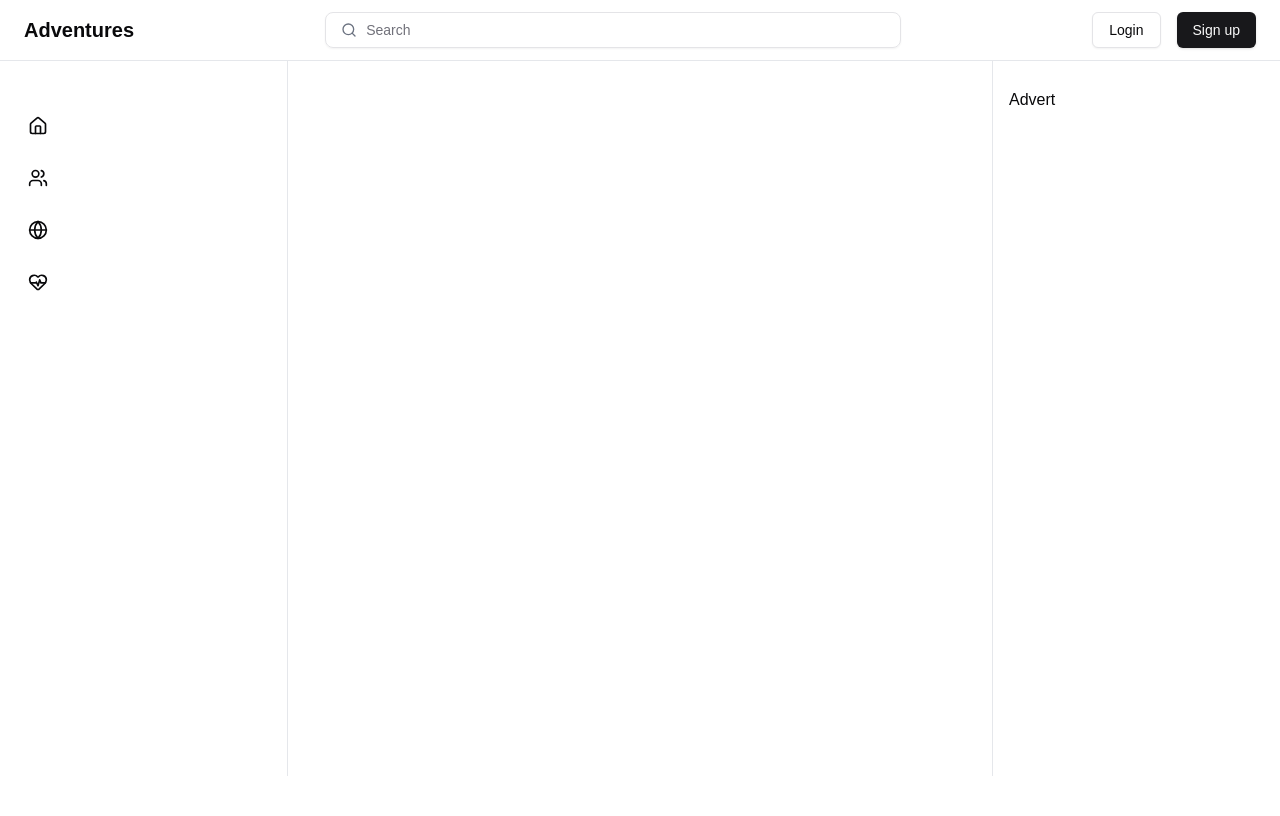
Repository: IssaMuiz/afrixpace-frontend
Page: /
The author's editor kept a copy of each file at every save. The page is drawn from the files as they stood at one save, then again after the next save.
The browser window is 1280 px wide. The pictures show the whole page.
The page's requests for data from a server got no answer. The project was rebuilt for these pictures with package versions that can differ from the ones it lists, and the page was loaded fresh each time. The framework's server and built-in components were replaced by stand-ins that run in the browser. No one was signed in, and anything a server would have sent is missing. Also part of the build but not shown: next.config.ts, components/ui/card.tsx, components/Vote.tsx, components/PostCard.tsx.

Above is the page before, as saved 2025-02-04 17:48:24.

### app/layout.tsx
import type { Metadata } from "next";
import { Geist, Geist_Mono } from "next/font/google";
import "./globals.css";
import Navbar from "@/components/Navbar";
import Sidebar from "@/components/Sidebar";
import AdvertBar from "@/components/Advertbar";

const geistSans = Geist({
  variable: "--font-geist-sans",
  subsets: ["latin"],
});

const geistMono = Geist_Mono({
  variable: "--font-geist-mono",
  subsets: ["latin"],
});

export const metadata: Metadata = {
  title: "Adventurer app",
  description: "Share your adventure experience here",
};

export default function RootLayout({
  children,
}: Readonly<{
  children: React.ReactNode;
}>) {
  return (
    <html lang="en">
      <body
        className={`${geistSans.variable} ${geistMono.variable} min-h-screen antialiased`}
      >
        <Navbar />
        <div className="grid grid-rows-1 lg:grid-rows-[1fr_250px] xl:grid-rows-[250px_1fr_300px] gap-6 h-screen p-4">
          <Sidebar />

          <main className=" lg:mr-[290px]  xl:mx-[300px]">{children}</main>
          <AdvertBar />
        </div>
      </body>
    </html>
  );
}

### app/page.tsx
import Feed from "@/components/Feed";

const HomePage = () => {
  return (
    <div className="h-screen ">
      <Feed />
    </div>
  );
};

export default HomePage;

### components/Navbar.tsx
"use client";
import { Button } from "./ui/button";
import { Input } from "./ui/input";
import { Search } from "lucide-react";

const Navbar = () => {
  return (
    <nav className="border-b bg-white z-20 fixed left-0 right-0 top-0 border-gray-200 px-6 py-3 flex justify-between items-center">
      <h1 className="text-xl font-semibold">Adventures</h1>

      <div className="relative max-w-xl flex-1 mx-6">
        <Search className=" h-4 absolute left-3 top-1/2 transform -translate-y-1/2 text-gray-500" />
        <Input
          type="text"
          placeholder="Search"
          className="pl-10 w-full border rounded-lg"
        />
      </div>

      <div className=" flex gap-4">
        <Button variant="outline" className="hover:bg-gray-100">
          Login
        </Button>
        <Button className="hover:bg-white hover:text-black ">Sign up</Button>
      </div>
    </nav>
  );
};

export default Navbar;

### components/Sidebar.tsx
"use client";

import Link from "next/link";
import { usePathname } from "next/navigation";
import { categories } from "@/constant";
import { cn } from "@/lib/utils";

const Sidebar = () => {
  const pathname = usePathname();
  return (
    <aside className="fixed hidden xl:block top-14 left-0 bottom-0 w-72 border-r border-gray-200 h-screen dark:bg-gray-900 px-4 pt-12">
      <ul className="space-y-2">
        {categories.map((cat) => (
          <li key={cat.name}>
            <Link
              href={`/${cat.path}`}
              className={cn(
                "flex items-center gap-3 p-3 rounded-md hover:bg-gray-200 dark:hover:bg-gray-800 transition",
                pathname === `/${cat.path}` &&
                  "bg-gray-300 dark:bg-gray-700 font-semibold"
              )}
            >
              <cat.icon className="w-5 h-5" />
            </Link>
          </li>
        ))}
      </ul>
    </aside>
  );
};

export default Sidebar;

### components/Advertbar.tsx
const AdvertBar = () => {
  return (
    <aside className="hidden lg:block fixed right-0 top-14 bottom-0 w-72 border-l border-gray-200 h-full bg-white pt-8 px-4">
      Advert
    </aside>
  );
};

export default AdvertBar;

### components/Feed.tsx
"use client";

import { useEffect, useState } from "react";
import PostCard from "./PostCard";

interface Post {
  id: string;
  title: string;
  content: string;
  votes: number;
  mediaUrl?: string;
  mediaType: "image" | "video";
}

const Feed = () => {
  const [posts, setPosts] = useState<Post[]>([]);

  useEffect(() => {
    async function fetchPost() {
      const res = await fetch("/api/posts");
      const data = await res.json();
      setPosts(data);
    }
    fetchPost();
  }, []);
  return (
    <section className="space-y-6 mt-20">
      {posts.map((post) => (
        <PostCard key={post.id} post={post} />
      ))}
    </section>
  );
};

export default Feed;

### components/ui/button.tsx
import * as React from "react"
import { Slot } from "@radix-ui/react-slot"
import { cva, type VariantProps } from "class-variance-authority"

import { cn } from "@/lib/utils"

const buttonVariants = cva(
  "inline-flex items-center justify-center gap-2 whitespace-nowrap rounded-md text-sm font-medium transition-colors focus-visible:outline-none focus-visible:ring-1 focus-visible:ring-ring disabled:pointer-events-none disabled:opacity-50 [&_svg]:pointer-events-none [&_svg]:size-4 [&_svg]:shrink-0",
  {
    variants: {
      variant: {
        default:
          "bg-primary text-primary-foreground shadow hover:bg-primary/90",
        destructive:
          "bg-destructive text-destructive-foreground shadow-sm hover:bg-destructive/90",
        outline:
          "border border-input bg-background shadow-sm hover:bg-accent hover:text-accent-foreground",
        secondary:
          "bg-secondary text-secondary-foreground shadow-sm hover:bg-secondary/80",
        ghost: "hover:bg-accent hover:text-accent-foreground",
        link: "text-primary underline-offset-4 hover:underline",
      },
      size: {
        default: "h-9 px-4 py-2",
        sm: "h-8 rounded-md px-3 text-xs",
        lg: "h-10 rounded-md px-8",
        icon: "h-9 w-9",
      },
    },
    defaultVariants: {
      variant: "default",
      size: "default",
    },
  }
)

export interface ButtonProps
  extends React.ButtonHTMLAttributes<HTMLButtonElement>,
    VariantProps<typeof buttonVariants> {
  asChild?: boolean
}

const Button = React.forwardRef<HTMLButtonElement, ButtonProps>(
  ({ className, variant, size, asChild = false, ...props }, ref) => {
    const Comp = asChild ? Slot : "button"
    return (
      <Comp
        className={cn(buttonVariants({ variant, size, className }))}
        ref={ref}
        {...props}
      />
    )
  }
)
Button.displayName = "Button"

export { Button, buttonVariants }

### components/ui/input.tsx
import * as React from "react"

import { cn } from "@/lib/utils"

const Input = React.forwardRef<HTMLInputElement, React.ComponentProps<"input">>(
  ({ className, type, ...props }, ref) => {
    return (
      <input
        type={type}
        className={cn(
          "flex h-9 w-full rounded-md border border-input bg-transparent px-3 py-1 text-base shadow-sm transition-colors file:border-0 file:bg-transparent file:text-sm file:font-medium file:text-foreground placeholder:text-muted-foreground focus-visible:outline-none focus-visible:ring-1 focus-visible:ring-ring disabled:cursor-not-allowed disabled:opacity-50 md:text-sm",
          className
        )}
        ref={ref}
        {...props}
      />
    )
  }
)
Input.displayName = "Input"

export { Input }

### constant.ts
import { Home, Users, Globe, HeartPulseIcon } from "lucide-react";

export const categories = [
  {
    name: "Home",
    icon: Home,
    path: "/",
  },
  {
    name: "Politics",
    icon: Users,
    path: "explore/politics",
  },
  {
    name: "Technology",
    icon: Globe,
    path: "explore/technology",
  },
  {
    name: "Health",
    icon: HeartPulseIcon,
    path: "explore/health",
  },
];

### lib/utils.ts
/* eslint-disable @typescript-eslint/no-explicit-any */
import { clsx } from "clsx";
import { twMerge } from "tailwind-merge";

export function cn(...inputs: any[]) {
  return twMerge(clsx(inputs));
}

### tailwind.config.ts
import type { Config } from "tailwindcss";
import tailwindAnimate from "tailwindcss-animate";

export default {
  darkMode: ["class"],
  content: [
    "./pages/**/*.{js,ts,jsx,tsx,mdx}",
    "./components/**/*.{js,ts,jsx,tsx,mdx}",
    "./app/**/*.{js,ts,jsx,tsx,mdx}",
  ],
  theme: {
    extend: {
      colors: {
        background: "hsl(var(--background))",
        foreground: "hsl(var(--foreground))",
        card: {
          DEFAULT: "hsl(var(--card))",
          foreground: "hsl(var(--card-foreground))",
        },
        popover: {
          DEFAULT: "hsl(var(--popover))",
          foreground: "hsl(var(--popover-foreground))",
        },
        primary: {
          DEFAULT: "hsl(var(--primary))",
          foreground: "hsl(var(--primary-foreground))",
        },
        secondary: {
          DEFAULT: "hsl(var(--secondary))",
          foreground: "hsl(var(--secondary-foreground))",
        },
        muted: {
          DEFAULT: "hsl(var(--muted))",
          foreground: "hsl(var(--muted-foreground))",
        },
        accent: {
          DEFAULT: "hsl(var(--accent))",
          foreground: "hsl(var(--accent-foreground))",
        },
        destructive: {
          DEFAULT: "hsl(var(--destructive))",
          foreground: "hsl(var(--destructive-foreground))",
        },
        border: "hsl(var(--border))",
        input: "hsl(var(--input))",
        ring: "hsl(var(--ring))",
        chart: {
          "1": "hsl(var(--chart-1))",
          "2": "hsl(var(--chart-2))",
          "3": "hsl(var(--chart-3))",
          "4": "hsl(var(--chart-4))",
          "5": "hsl(var(--chart-5))",
        },
      },
      borderRadius: {
        lg: "var(--radius)",
        md: "calc(var(--radius) - 2px)",
        sm: "calc(var(--radius) - 4px)",
      },
    },
  },

  plugins: [tailwindAnimate],
} satisfies Config;

Loaded but not shown: app/globals.css (common file)

After the next save:
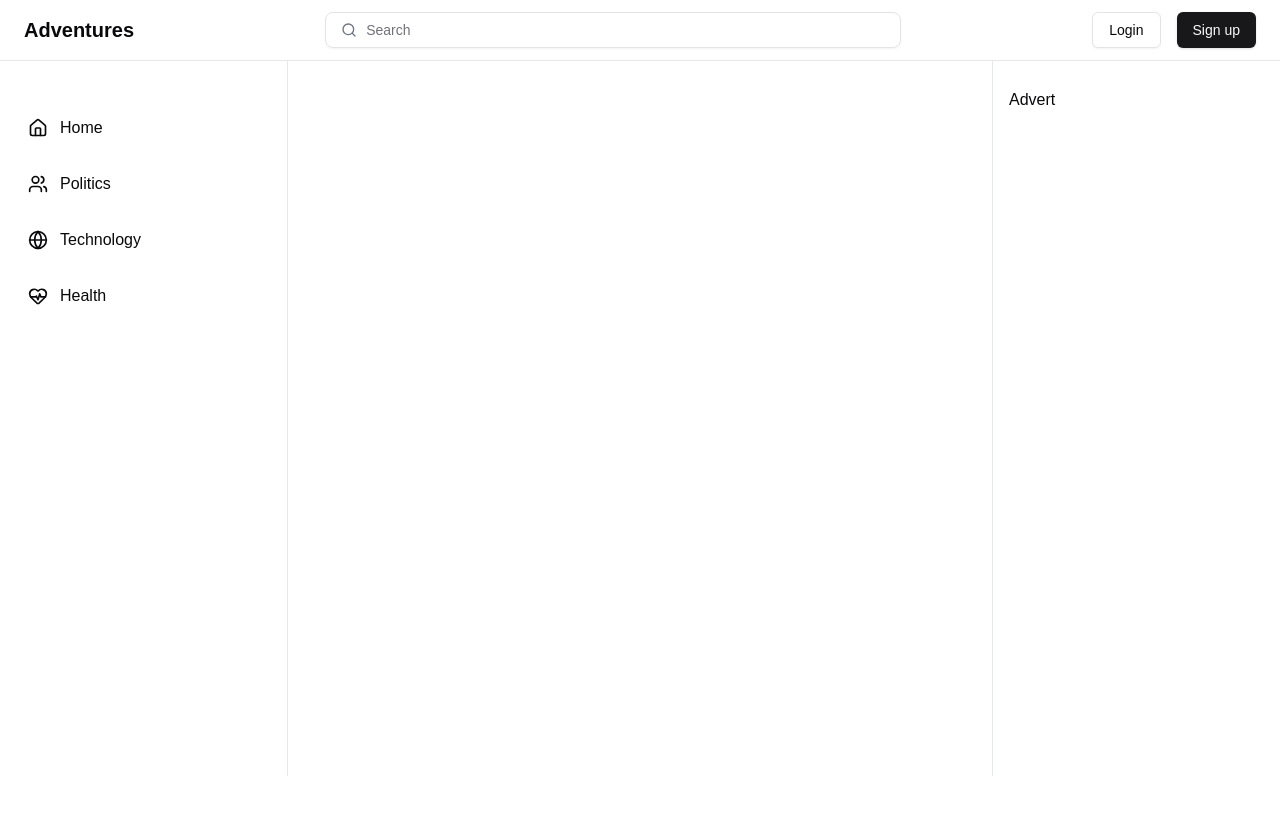
Saved 4 min 58 s later.
--- a/components/Sidebar.tsx
+++ b/components/Sidebar.tsx
@@ -21,6 +21,7 @@ const Sidebar = () => {
               )}
             >
               <cat.icon className="w-5 h-5" />
+              <span>{cat.name}</span>
             </Link>
           </li>
         ))}
